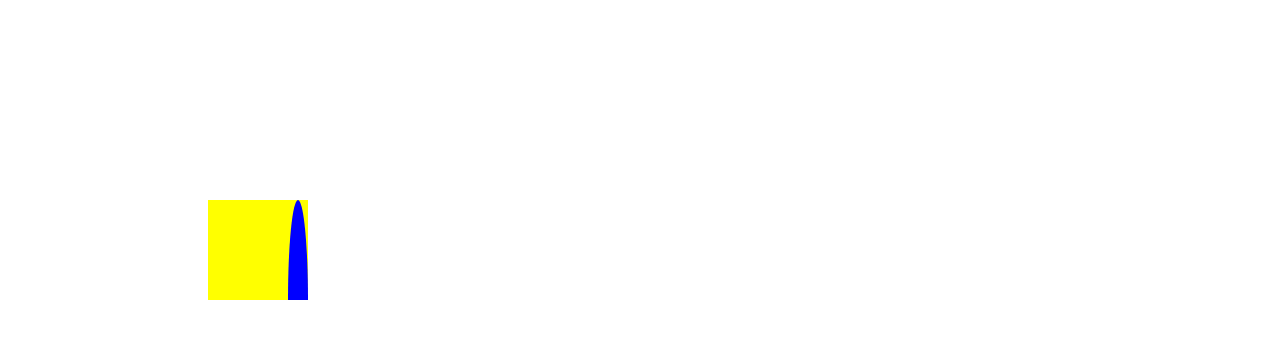
Repository: MMXiaohang/frontend-interview-coding
Page: 56.扇形.html
An editor plug-in stored every save of this project. The page is shown before and after the next save, followed by the edit.
The browser window is 1280 px wide. The pictures show the whole page.

Above is the page before, as saved 2022-08-11 23:57:49.

After the next save:
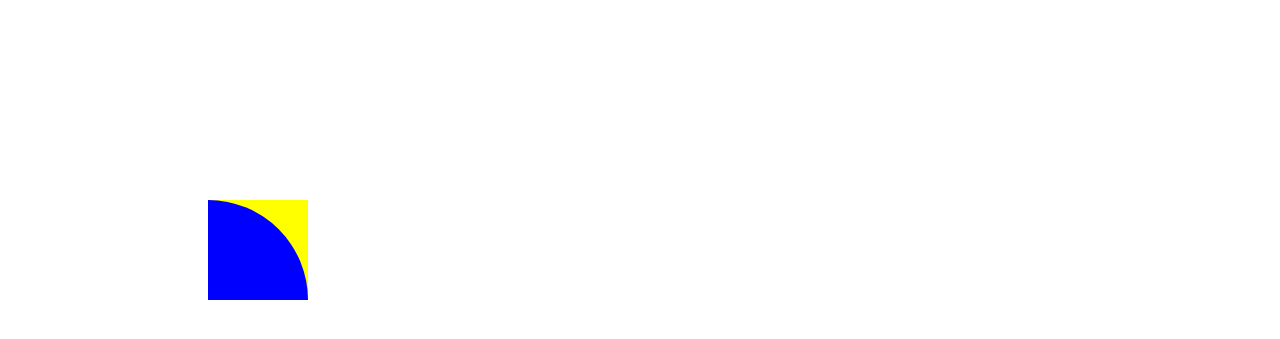
Saved 15 s later.
--- a/56.扇形.html
+++ b/56.扇形.html
@@ -20,7 +20,7 @@
             position: absolute;
             right: 0;
             top: 0;
-            width: 20px;
+            width: 200px;
             height: 200px;
             border-radius: 50%;
             background-color: blue;
